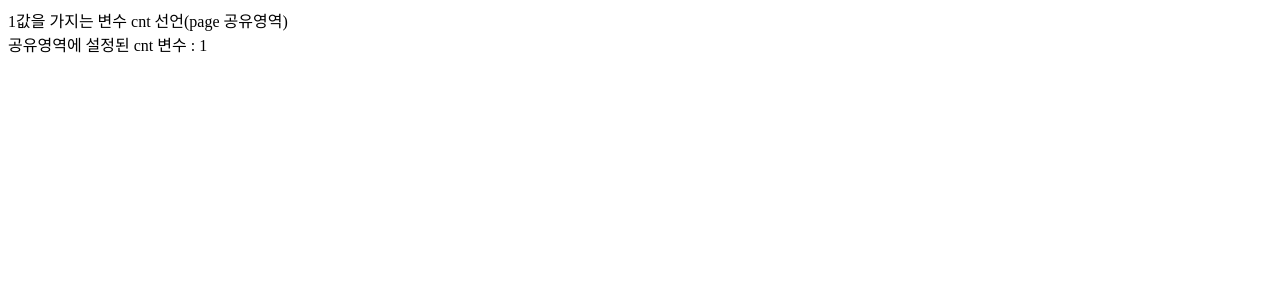
Repository: skim24245/web_workspace_src
Page: http://localhost/Lecture-Web/jsp/el/exam09.jsp
The author's editor kept a copy of each file at every save. The page is drawn from the files as they stood at one save, then again after the next save.
The browser window is 1280 px wide. The pictures show the whole page.
The page is served by Tomcat 9. Other server files are loaded and not shown.

Above is the page before, as saved 2022-06-07 05:51:18.

### Lecture-Web/src/main/webapp/jsp/el/exam09.jsp
<%@ page language="java" contentType="text/html; charset=UTF-8"
    pageEncoding="UTF-8"%>
<%@taglib prefix="c" uri="http://java.sun.com/jsp/jstl/core"%>
<!DOCTYPE html>
<html>
<head>
<meta charset="UTF-8">
<title>Insert title here</title>
</head>
<body>
1값을 가지는 변수 cnt 선언(page 공유영역)<br>
<c:set var="cnt" value="1"/>
공유영역에 설정된 cnt 변수 : ${ cnt } <br>

<% int cnt = Integer.parseInt((String)pageContext.getAttribute("cnt"));
++cnt;
pageContext.setAttribute("cnt",cnt);
%>
</body>
</html>

After the next save:
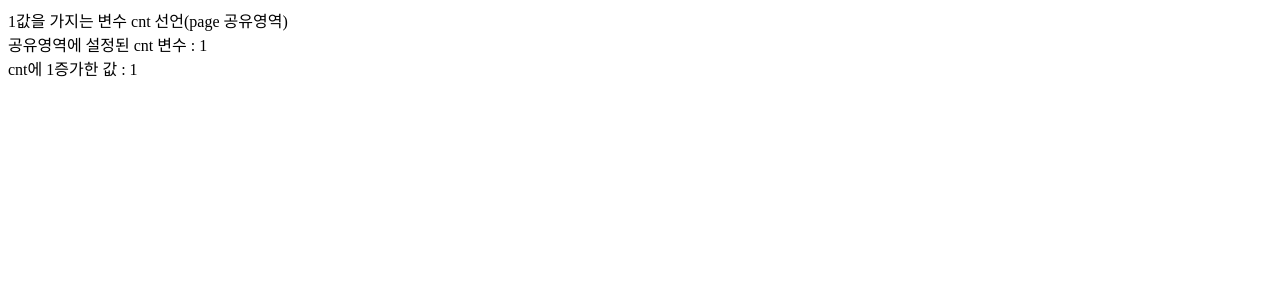
Saved 83 s later.
--- a/Lecture-Web/src/main/webapp/jsp/el/exam09.jsp
+++ b/Lecture-Web/src/main/webapp/jsp/el/exam09.jsp
@@ -11,10 +11,8 @@
 1값을 가지는 변수 cnt 선언(page 공유영역)<br>
 <c:set var="cnt" value="1"/>
 공유영역에 설정된 cnt 변수 : ${ cnt } <br>
-
-<% int cnt = Integer.parseInt((String)pageContext.getAttribute("cnt"));
-++cnt;
-pageContext.setAttribute("cnt",cnt);
-%>
+<%--cnt에 1 증가 --%>
+<c:set var = "cnt" value="${cnt }"/>
+cnt에 1증가한 값 : ${cnt }<br>
 </body>
 </html>
